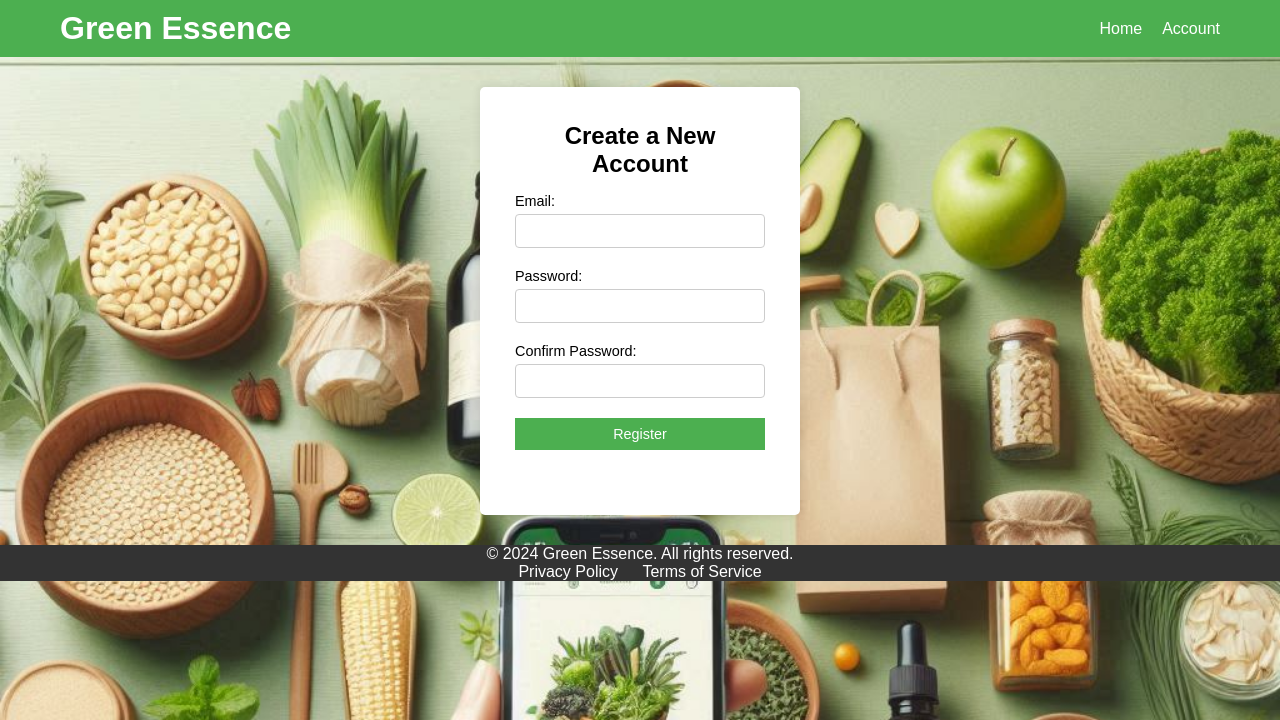
Repository: niki3210/Sahyadri
Page: Projectorganic/Register.html
An editor plug-in stored every save of this project. The page is shown before and after the next save, followed by the edit.
The browser window is 1280 px wide. The pictures show the whole page.

Above is the page before, as saved 2024-06-21 14:49:23.

### Projectorganic/Register.html
<!DOCTYPE html>
<html lang="en">
<head>
    <meta charset="UTF-8">
    <meta name="viewport" content="width=device-width, initial-scale=1.0">
    <title>Register - Green Essence</title>
    <link rel="stylesheet" href="styles.css">
</head>
<body class="register">
    <header>
        <div class="container">
            <h1>Green Essence</h1>
            <nav>
                <ul>
                    <li><a href="index.html">Home</a></li>
                    <li><a href="login.html">Account</a></li>
                </ul>
            </nav>
        </div>
    </header>
    <div class="container">
        <div class="register-container">
            <div class="register-form">
                <h2>Create a New Account</h2>
                <form action="/register" method="POST">
                    <label for="new-email">Email:</label>
                    <input type="email" id="new-email" name="new-email" required>
                    <div class="error" id="new-email-error"></div>

                    <label for="new-password">Password:</label>
                    <input type="password" id="new-password" name="new-password" required>
                    <div class="error" id="new-password-error"></div>

                    <label for="confirm-password">Confirm Password:</label>
                    <input type="password" id="confirm-password" name="confirm-password" required>
                    <div class="error" id="confirm-password-error"></div>

                    <button type="submit">Register</button>
                </form>
            </div>
        </div>
    </div>
    <footer>
        <p>&copy; 2024 Green Essence. All rights reserved.</p>
        <div>
            <a href="#">Privacy Policy</a>
            <a href="#">Terms of Service</a>
        </div>
    </footer>
</body>
</html>

### Projectorganic/styles.css
/* Combined CSS for Home, Login, and Register Pages */

/* Reset default browser styles */
* {
    box-sizing: border-box;
    margin: 0;
    padding: 0;
}

/* Global styles */
body {
    font-family: Arial, sans-serif;
    color: black;
    margin: 0;
    padding: 0;
    box-sizing: border-box;
    min-height: 100vh; /* Ensure body extends to at least the full height of the viewport */
    display: flex;
    flex-direction: column; /* Use flexbox to make sure footer stays at the bottom */
}

/* Header styles */
header {
    background-color: #4CAF50;
    color: white;
    padding: 10px 0;
}

header .container {
    display: flex;
    justify-content: space-between;
    align-items: center;
    max-width: 1200px;
    margin: 0 auto;
    padding: 0 20px;
}

header h1 {
    margin: 0;
}

header nav ul {
    list-style: none;
    margin: 0;
    padding: 0;
    display: flex;
}

header nav ul li {
    margin-left: 20px;
}

header nav ul li a {
    color: white;
    text-decoration: none;
}

header nav ul li a:hover {
    text-decoration: underline;
}

/* Home Page Styles */
#home {
    background-image: url('backgroundhome.jpeg');
    background-size: cover;
    background-repeat: no-repeat;
    background-position: center;
    background-attachment: fixed;
    color: white;
    text-align: center;
    padding: 100px 20px;
}

section {
    padding: 60px 0;
}

.container {
    max-width: 1200px;
    margin: 0 auto;
    padding: 0 20px;
}

/* About Section */
#about {
    background-color: #fffefe;
    padding: 40px 0;
}

/* Contact Section Styles */
#contact {
    background-color: #fff;
    padding: 40px 0;
}

#contact h2 {
    text-align: center;
    margin-bottom: 40px;
    color: #000000;
}

#contact .container {
    max-width: 900px;
    margin: 0 auto;
}

#contact .contact-info {
    text-align: center;
    margin-bottom: 20px;
}

#contact .contact-info p {
    margin: 10px 0;
}



/* Login/Register Styles */
.login-container,
.register-container {
    max-width: 320px;
    margin: 0 auto;
    padding: 10px;
    background-color: rgb(255, 255, 255);
    border-radius: 5px;
    box-shadow: 0 0 10px rgba(0, 0, 0, 0.1);
    flex: 1; /* Use flex: 1 to push footer to the bottom */
    margin-top: 30px;
    margin-bottom: 30px;
    padding: 20px;
}

body {
    font-family: Arial, sans-serif;
    background-image: url('backgroundhome.jpeg');
    background-size: cover;
    color: black;
}

.login-form, .register-form {
    padding: 15px;
    margin-bottom: 30px;
}

.login-form h2, .register-form h2 {
    text-align: center;
    margin-bottom: 15px;
    font-size: 1.5em;
}

label {
    display: block;
    margin-bottom: 5px;
    font-size: 0.9em;
}

input[type="email"],
input[type="password"] {
    width: 100%;
    padding: 8px;
    margin-bottom: 10px;
    border: 1px solid #ccc;
    border-radius: 4px;
    font-size: 0.9em;
}

.error {
    color: red;
    font-size: 0.8em;
    margin-bottom: 10px;
}

button {
    background-color: #4CAF50;
    color: white;
    border: none;
    padding: 8px 15px;
    cursor: pointer;
    transition: background-color 0.3s ease;
    width: 100%;
    font-size: 0.9em;
}

button:hover {
    background-color: #45a049;
}

/* Footer Styles */
footer {
    background-color: #333;
    color: white;
    text-align: center;
    padding: 10 px 0;
    width: 100%;

}

footer a {
    color: white;
    margin: 0 10px;
    text-decoration: none;
}

footer a:hover {
    text-decoration: underline;
}

After the next save:
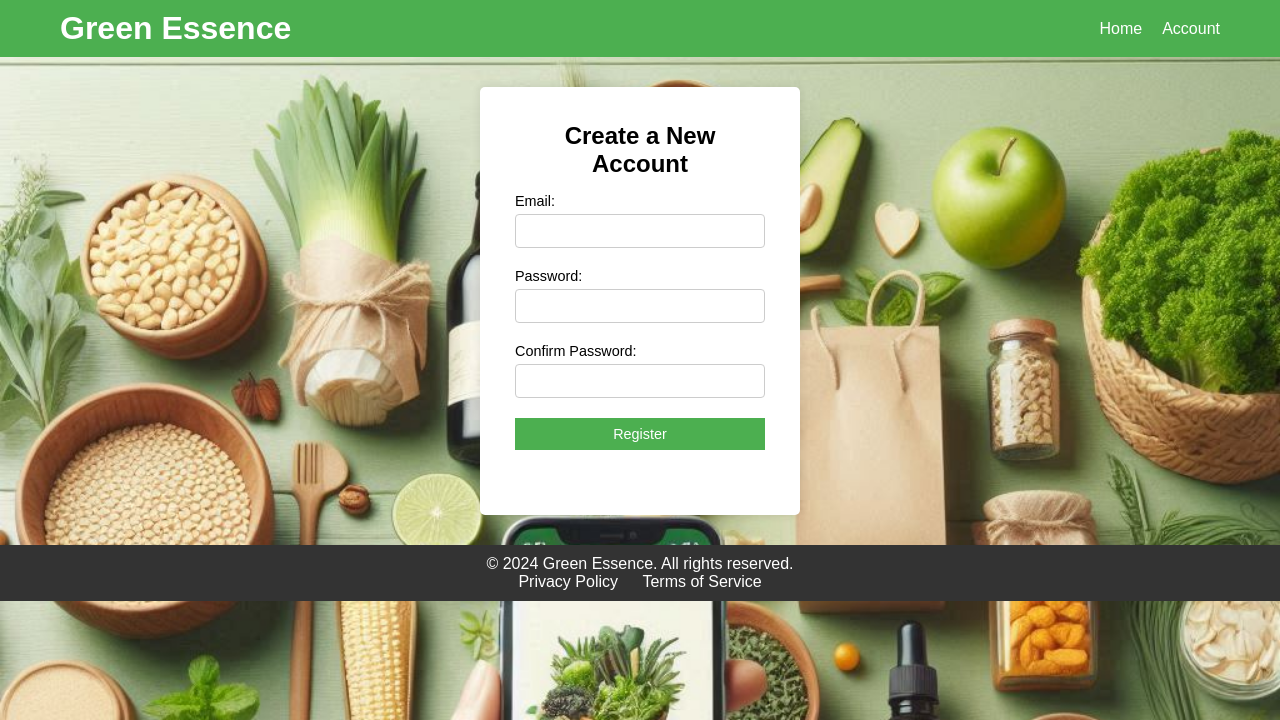
Saved 11 s later.
--- a/Projectorganic/styles.css
+++ b/Projectorganic/styles.css
@@ -120,7 +120,7 @@ section {
 .register-container {
     max-width: 320px;
     margin: 0 auto;
-    padding: 10px;
+    padding: 15px;
     background-color: rgb(255, 255, 255);
     border-radius: 5px;
     box-shadow: 0 0 10px rgba(0, 0, 0, 0.1);
@@ -190,9 +190,8 @@ footer {
     background-color: #333;
     color: white;
     text-align: center;
-    padding: 10 px 0;
+    padding: 10px 0;
     width: 100%;
-
 }
 
 footer a {
